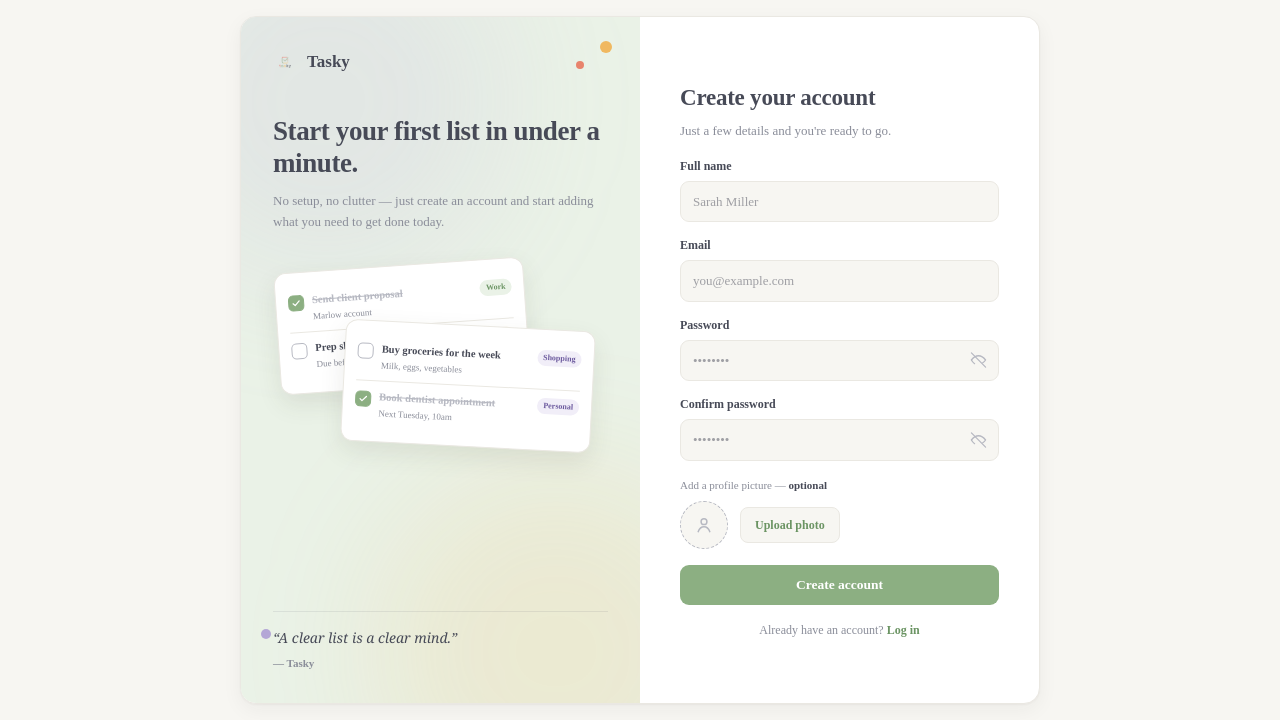
Repository: Anfel-bth/Tasky_
Page: /register (app in task-manager-frontend/)
The author's editor kept a copy of each file at every save. The page is drawn from the files as they stood at one save, then again after the next save.
The browser window is 1280 px wide. The pictures show the whole page.
The project was rebuilt for these pictures with package versions that can differ from the ones it lists, and the page was loaded fresh each time. Also part of the build but not shown: task-manager-frontend/vite.config.js, task-manager-frontend/src/Components/login.jsx, task-manager-frontend/src/Components/Landing.jsx, task-manager-frontend/src/Components/dashboard.jsx.

Above is the page before, as saved 2026-09-02 12:08:54.

After the next save:
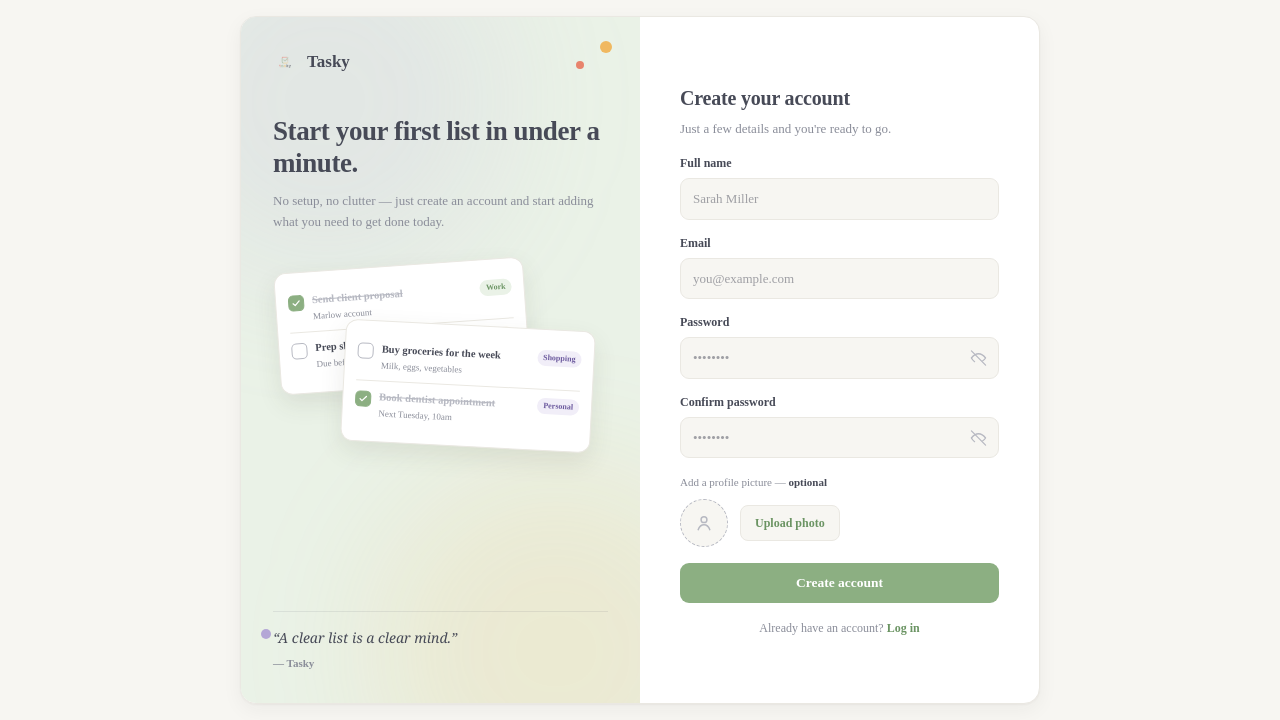
Saved 4 s later.
--- a/task-manager-frontend/src/Components/register.jsx
+++ b/task-manager-frontend/src/Components/register.jsx
@@ -156,7 +156,7 @@ const Register = () => {
           <div className="w-full max-w-[320px]">
             {/* Header */}
             <div>
-              <h2 className="text-[23px] font-extrabold tracking-[-0.01em]">
+              <h2 className="text-[20px] font-extrabold tracking-[-0.01em]">
                 Create your account
               </h2>
 
